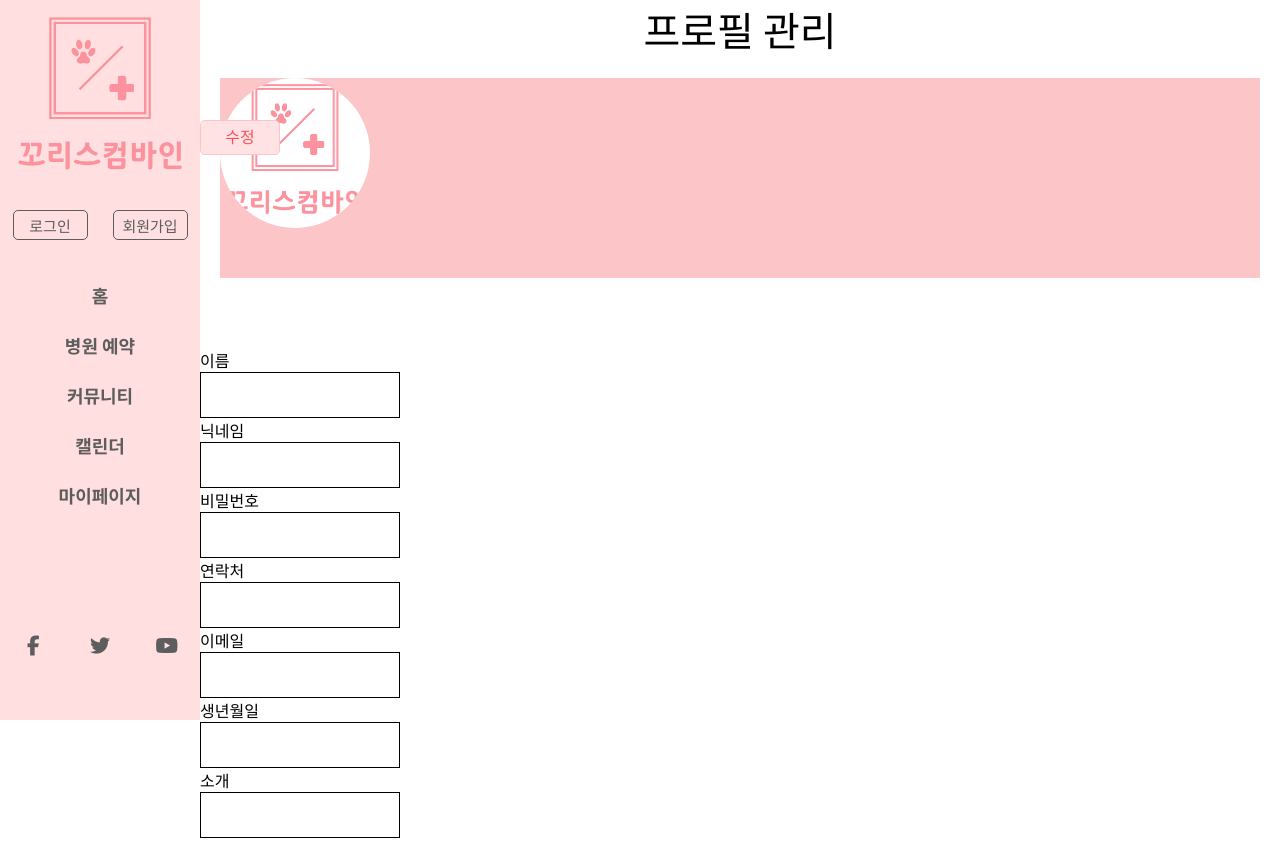
Repository: dodnam/kkoris
Page: http://localhost/1_kkoris/reservation2.jsp
The author's editor kept a copy of each file at every save. The page is drawn from the files as they stood at one save, then again after the next save.
The browser window is 1280 px wide. The pictures show the whole page.
Some web libraries are served in a nearby version. The page is served by Tomcat 9.

Above is the page before, as saved 2020-02-18 00:15:28.

### 1_kkoris/WebContent/reservation2.jsp
<%@ page language="java" contentType="text/html; charset=UTF-8"
    pageEncoding="UTF-8"%>
<!DOCTYPE html>
<html>
<head>
<meta charset="UTF-8">
<title>Insert title here</title>
<link rel="stylesheet" type="text/css" href="<%= request.getContextPath() %>/css/index.css"/>
<link rel="stylesheet" type="text/css" href="<%= request.getContextPath() %>/css/layout.css"/>
<style>
	.box_con{left:20px; right:20px; height:200px; background-color:#fcc6c9; position:absolute;}
	.box{width: 150px; height:150px; border-radius:70%; overflow:hidden; background-color:#fff;top:20px;}
	.profile{width: 100%; height:100%; object-fit:cover; display:block; margin:0px auto;}
	.userTitle{font-size:40px; text-align:center; top:30px;}
	.submit{line-height: 30px; text-align: center; background-color: #ffe3e4; color:#ff4e59;border: 1px solid #fcc6c9; border-radius: 5px; width: 80px; height: 35px; position: absolute;left:50%;top:20px; outline:none;}
	.boxBody{position:absolute; top:250px;}
	.submitBody{position:absolute; top:100px; margin:auto;}
</style>
</head>
<body>
	<%@ include file="views/layout.jsp" %>
	<div class="container">
    	<div class="userTitle">
			프로필 관리
    	</div>

    	<div class="input-container">
    		<div class="box_con">
	    		<div class="box">
	    			<img class="profile" src="<%= request.getContextPath() %>/images/logo.png">
	    		</div>
    		</div>
		    <div class="boxBody">
				<div class="input-box">
					<p class="input-label">이름</p><input type="text">
	    			<p class="input-label">닉네임</p><input type="text">
	    			<p class="input-label">비밀번호</p><input type="password">
	    			<p class="input-label">연락처</p><input type="text">
	    			<p class="input-label">이메일</p><input type="email">
	    			<p class="input-label">생년월일</p><input type="text">
	    			<p class="input-label">소개</p><input type="text">
	    		</div>
	    	</div>
    	</div>

    	<div class="submitBody">
    		<div class="submit">수정</div>
    	</div>
	</div>
</body>
</html>

### 1_kkoris/WebContent/views/layout.jsp
<%@ page language="java" contentType="text/html; charset=UTF-8"
    pageEncoding="UTF-8"%>
<!DOCTYPE html>
<html>
<head>
<meta charset="UTF-8">
<title>Insert title here</title>
<link href="https://fonts.googleapis.com/css?family=Noto+Sans+KR&display=swap" rel="stylesheet">
<script src="https://kit.fontawesome.com/18fd811fa1.js" crossorigin="anonymous"></script> <!-- sns아이콘 -->
<link rel="stylesheet" type="text/css" href="<%= request.getContextPath() %>/css/layout.css"/> <!-- 작성할 css를 연결 -->
</head>
<body>
	<header><!-- 헤더 -->
		<h1 class="logo"></h1>
		<nav>
      		<div class="login">
	        	<div><a href="#">로그인</a></div>
	        	<div><a href="#">회원가입</a></div>
	      	</div>
	      	<ul id="navigator">
	        	<li id="nav-home">
	         		<a href="#"><span>홈</span></a>
	         	</li>
	         	<li id="nav-hospital">
	         		<span>병원 예약</span>
         			<ul class="nav2-hospital" id="nav2-hospital">
         				<li><a href="#">병원 검색</a></li>
	         			<li><a href="#">예약 확인</a></li>
	         			<li><a href="#">병원 후기</a></li>
         			</ul>
	         	</li>
	         	<li id="nav-community">
	         		<span>커뮤니티</span>
         			<ul class="nav2-community" id="nav2-community">
	         			<li><a href="#">공지사항</a></li>
	         			<li><a href="#">후기 모아보기</a></li>
	         			<li><a href="#">지식 공유</a></li>
         			</ul>
	         	</li>
	         	<li id="nav-calendar">
	         		<a href="#"><span>캘린더</span></a>
	         	</li>
	         	<li id="nav-mypage">
	         		<span>마이페이지</span>
	         		<ul class="nav2-mypage" id="nav2-mypage">
		         		<li><a href="#">내 정보</a></li>
		         		<li><a href="#">예약 조회</a></li>
		         		<li><a href="#">포인트샵</a></li>
		         		<li><a href="#">내가 쓴 글 조회</a></li>
	         		</ul>
	         	</li>
	      	</ul>
		<dl>
	    	<dt class="blind">sns</dt>
	        <dd><a href="#"><i class="fab fa-facebook-f"></i></a></dd>
	        <dd><a href="#"><i class="fab fa-twitter"></i></a></dd>
	        <dd><a href="#"><i class="fab fa-youtube"></i></a></dd>
		</dl>
		</nav>
	</header>
	<footer></footer>
</body>
</html>

### 1_kkoris/WebContent/css/index.css
@charset "UTF-8";
/* 컨테이너 */
div.container{position: absolute; top:0; left:0; padding-left:200px; height:100%; width:100%; box-sizing:border-box;}
/* 섹션이 현재 1개이기 때문에 100% 2개면 200%, 3개면 300% */
/* 참고	section:nth-of-type(1) {section 중 첫번째 section에 접근} */
section.main {position:relative; height:100%; width:100%; background: url(../images/main-bg.jpg) no-repeat center center; background-size: contain;}
section.main > article.quickMenu > ul {position: absolute; top:calc(50% - 50px); left:calc(50% - 25%); width: 50%; height: 100px; display: flex;}
section.main > article.quickMenu {position: relative; width: 100%; height: 100%; background: rgba(0, 0, 0, 0.2);}
section.main > article.quickMenu > ul > li {width: 25%; height:100px;}
section.main > article.quickMenu > ul > li > a {color: #5d5d5d; display:block; font-size: 5em; text-align:center;}
section.main > article.quickMenu > ul > li > a > span {display: block; font-size: 15px;}
section.main > article.quickMenu > ul > li > a:hover {color: #fb929e;}

### 1_kkoris/WebContent/css/layout.css
@charset "UTF-8";
* {margin: 0; padding: 0; font-family: 'Noto Sans KR', sans-serif;}
*, *:before, *:after {box-sizing: border-box;}
html, body {width: 100%; height: 100%;}
table{border-collapse: collapse;}
img,fieldset{border: none;}
ol,ul{list-style: none;}
h1,h2,h3,h4,h5,h6{font-weight: normal; font-size: 100%;}
q:after,q:before{content: "";}
abbr,acronym{border:none;} /* 축약어 */
img,input,select{vertical-align: middle;}
hr{display: none;}
a {text-decoration: none; color: #000;}
header {position: fixed; width: 200px; height: 100%; background: #ffdfdf; z-index: 30;}
input{outline: none; background: none;}
.blind{position: absolute;left: 0;top: 0;width: 0;height: 0;font-size: 0;line-height: 0;text-indent: -9999px;overflow: hidden;visibility: hidden;}
.displaynone{display: none;}

/* input타입 1 (커서유입에 따른 스타일 변화)
	<div class="input-container"><label class="input-label">아이디</label><input type=""></div>
*/
div.input-container {position: relative; display: block; margin: 20px 0;}
div.input-container > input {width: 100%; height: 40px; line-height: 40px; font-size: 16px; border: none; border-bottom: 1px solid #5d5d5d;}
div.input-container.focus > input:focus {border-bottom: 1px solid #fb929e;}
label.input-label {position: absolute; font-size: 16px; transform: translateY(10px); color: #5d5d5d; transition: transform 0.2s ease; z-index: -1;}
div.input-container.focus > label.input-label {font-size: 12px; transform: translateY(-5px); text-transform: uppercase;}
div.input-container.focus.on > label.input-label {color: #fb929e;}

/* input타입 2 (박스형)
	<div class="input-box"><p class="input-label">라벨명</p><input type=""></div>
*/
div.input-box {position: relative; display: block; margin: 20px 0;}
div.input-box > input {width: 100%; padding: 10px; font-size: 16px; border: 1px solid #000;}
p.input-label {font-size: 16px; color: #000;}
p.input-info {font-size: 14px; color: #5d5d5d;}

/* input radio
	<input type="radio" name="test"><label class="radioLabel">라벨명1</label>
	<input type="radio" name="test"><label class="radioLabel">라벨명2</label>
*/
input[type=radio] {display: none;}
label.radioLabel {display: inline-block; position: relative; padding: 0 30px; cursor: pointer; line-height: 18px;}
label.radioLabel:before, label.radioLabel:after {position: absolute; border-radius: 50%; content: '';}
label.radioLabel:before {left: 0; top: 0; width: 18px; height: 18px; border: 2px solid #000;}
label.radioLabel:after {top: 5px; left: 5px; width: 8px; height: 8px; background: #fb929e; transform: scale(0);}
input[type="radio"]:checked + label.radioLabel:before {border-color: #fb929e; }
input[type="radio"]:checked + label.radioLabel:after {transform: scale(1);}

/* input submit
	<form>에서 submit되는 버튼을 위한 css (단, 검색 등의 다른 버튼은 blue베이스 스타일로 사용)
*/
div.input-submit {display: block; text-align: center; padding: 15px;}
input[type="submit"] {min-width: 50px; height: 30px; cursor: pointer; background: #ffdfdf; color: #5d5d5d; font-size: 14px; font-weight: 600; border: none; border-radius: 5px;}
input[type="submit"]:hover {background: #fb929e; color: #fff;}

/* select 옵션  */
div > select {font-size: 10pt; width: 100px; padding: .7em .5em; font-family: inherit; background: url(https://farm1.staticflickr.com/379/19928272501_4ef877c265_t.jpg) no-repeat 95% 50%; -webkit-appearance: none; -moz-appearance: none; appearance: none; outline:none; border:1px solid #5d5d5d;}

/* input 검색 (class="search_input") */
div > span > input.search_input{width: 250px;  padding: 12px 24px; font-size: 14px; line-height: 18px; color: #575756; background-size: 18px 18px; border-radius: 50px; border: 1px solid #5d5d5d; backface-visibility: hidden; right:20px; outline:none;}


/* 영역
	<div class="container">		// 아래css 외에 특정 스타일을 주어야할 때, 클래스를 추가로 부여하여 사용했음 (ex. class="container login")
		<div class="contents">
			구현 영역
		</div>
	</div>
*/
div.container {position: absolute; top:0; left:0; padding-left:200px; width: 100%; height: 100%; margin: 0 auto; box-sizing: border-box;}
div.contents {position:relative; margin: 0 auto;}
div.contents > h2 {font-weight: 700; font-size: 30px; color: #000; padding: 15px 0; text-align: center;}


/** 헤더 **/
h1.logo {
	text-indent: -9999px; overflow: hidden; width: 180px; height: 180px;
	margin: 10px auto; /* auto는 중앙에 놓음 */
	background: url(../images/logo.png) no-repeat; background-size: contain; /*contain = h1 사이즈에 맞춤*/
}
nav > div.login {display: flex; justify-content:space-around; font-size: 15px;}
				/*블락요소로 가로 정렬 함*/
nav > div.login > div {width: 75px; height: 30px;} /* 위 아래 마진, 좌 우 마진*/
nav > div.login > div > a {display: block; width: 100%; height: 100%; line-height: 30px; text-align: center; border: 1px solid #5d5d5d; border-radius: 5px;}
nav > div.login > div > a:hover {color: #fb929e; border: none; background: #fff6f6; font-weight: 600}

/* 메뉴 */
nav {margin-top: 20px;}
nav * {color: #5d5d5d;}
nav > ul {margin-top: 30px; text-align: center;}
nav > ul > li {width: 100%;}
nav > ul > li:hover {background: #fff6f6;}
nav > ul > li span {display:block; width: 100%; height: 100%; line-height: 50px; font-size: 18px; font-weight: 600; border-radius: 10px; cursor: pointer;}
nav > ul > li span:hover {color: #fb929e;}

nav > ul > li > ul[class^=nav2] {display: none;}
nav > ul > li > ul[class^=nav2] > li > a {display: block; line-height: 40px; font-size: 16px;}
nav > ul > li > ul[class^=nav2] > li > a:hover {color: #fb929e; font-weight: 600;}

nav > ul > li:hover > ul[class^=nav2] {display: block;}

/* sns */
nav > dl {position:absolute; bottom:50px; width:100%; height:50px; display:flex; justify-content:space-around;}
nav > dl > dd {width:50px; text-align:center;}
nav > dl > dd > a {display: block; width: 100%; height:100%; font-size:20px; line-height:50px; transition:all 0.2s ease 0s;}
nav > dl > dd > a:hover {font-size:25px;}

footer {position: fixed; bottom: 10px;}

After the next save:
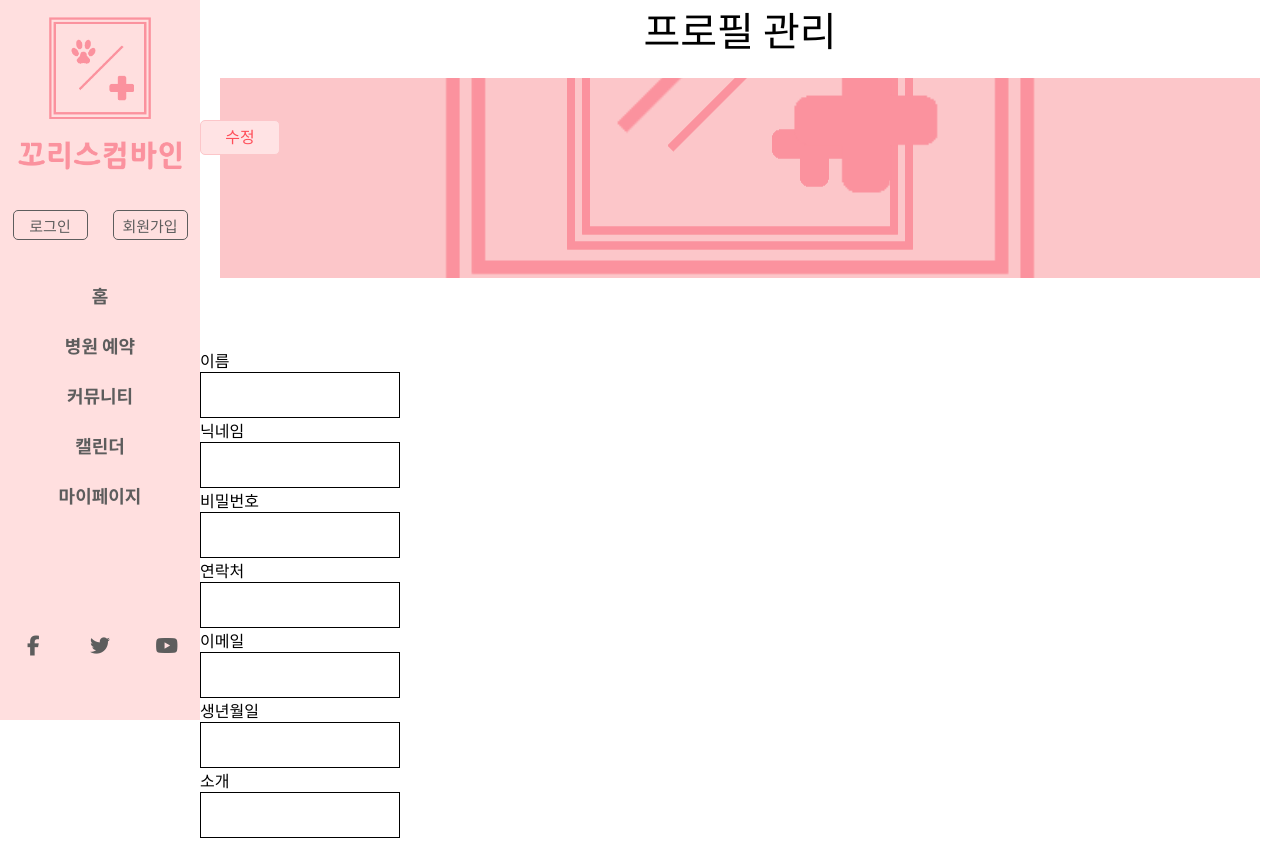
Saved 3 min 23 s later.
--- a/1_kkoris/WebContent/reservation2.jsp
+++ b/1_kkoris/WebContent/reservation2.jsp
@@ -10,7 +10,8 @@
 <style>
 	.box_con{left:20px; right:20px; height:200px; background-color:#fcc6c9; position:absolute;}
 	.box{width: 150px; height:150px; border-radius:70%; overflow:hidden; background-color:#fff;top:20px;}
-	.profile{width: 100%; height:100%; object-fit:cover; display:block; margin:0px auto;}
+	.profile{width: 100%; height:100%; object-fit:cover; display:block; margin:0px auto;
+			background-image: url("../images/logo.png"); background-position:center; background-repeat:no-repeat;}
 	.userTitle{font-size:40px; text-align:center; top:30px;}
 	.submit{line-height: 30px; text-align: center; background-color: #ffe3e4; color:#ff4e59;border: 1px solid #fcc6c9; border-radius: 5px; width: 80px; height: 35px; position: absolute;left:50%;top:20px; outline:none;}
 	.boxBody{position:absolute; top:250px;}
@@ -26,7 +27,7 @@
 
     	<div class="input-container">
     		<div class="box_con">
-	    		<div class="box">
+	    		<div class="profile">
 	    			<img class="profile" src="<%= request.getContextPath() %>/images/logo.png">
 	    		</div>
     		</div>
